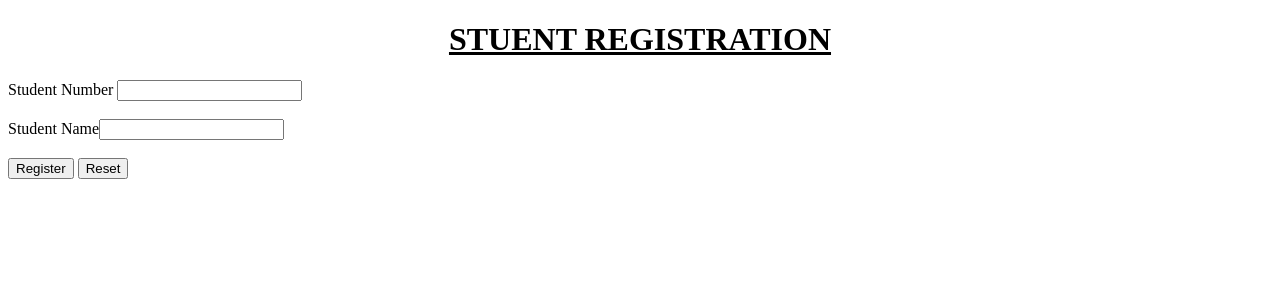
Repository: madhu124/Youtube-demo
Page: StudentRegisApp/WebContent/Register.html
An editor plug-in stored every save of this project. The page is shown before and after the next save, followed by the edit.
The browser window is 1280 px wide. The pictures show the whole page.

Above is the page before, as saved 2017-05-28 17:03:10.

After the next save:
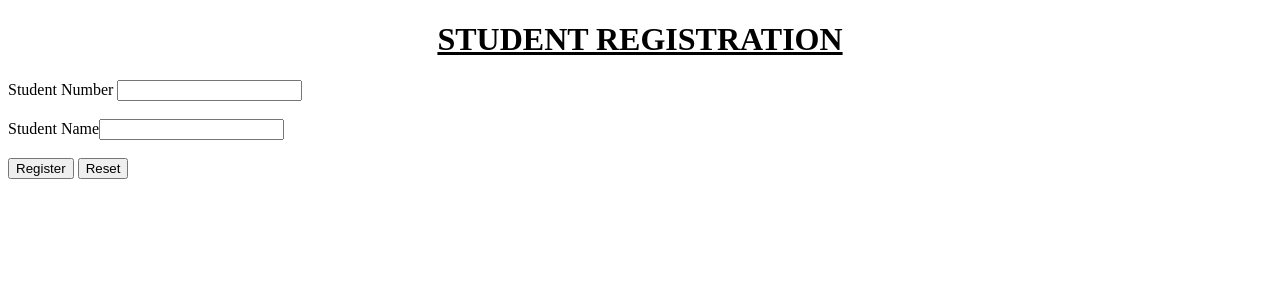
Saved 5 min 27 s later.
--- a/StudentRegisApp/WebContent/Register.html
+++ b/StudentRegisApp/WebContent/Register.html
@@ -5,7 +5,7 @@
 <title> Student Registration Application</title>
 </head>
 <body>
-<center><h1><u>STUENT REGISTRATION</u></h1></center>
+<center><h1><u>STUDENT REGISTRATION</u></h1></center>
 <form action="./register" method="post">
 Student Number <input type= "text" name="sno">
 <br><br>
